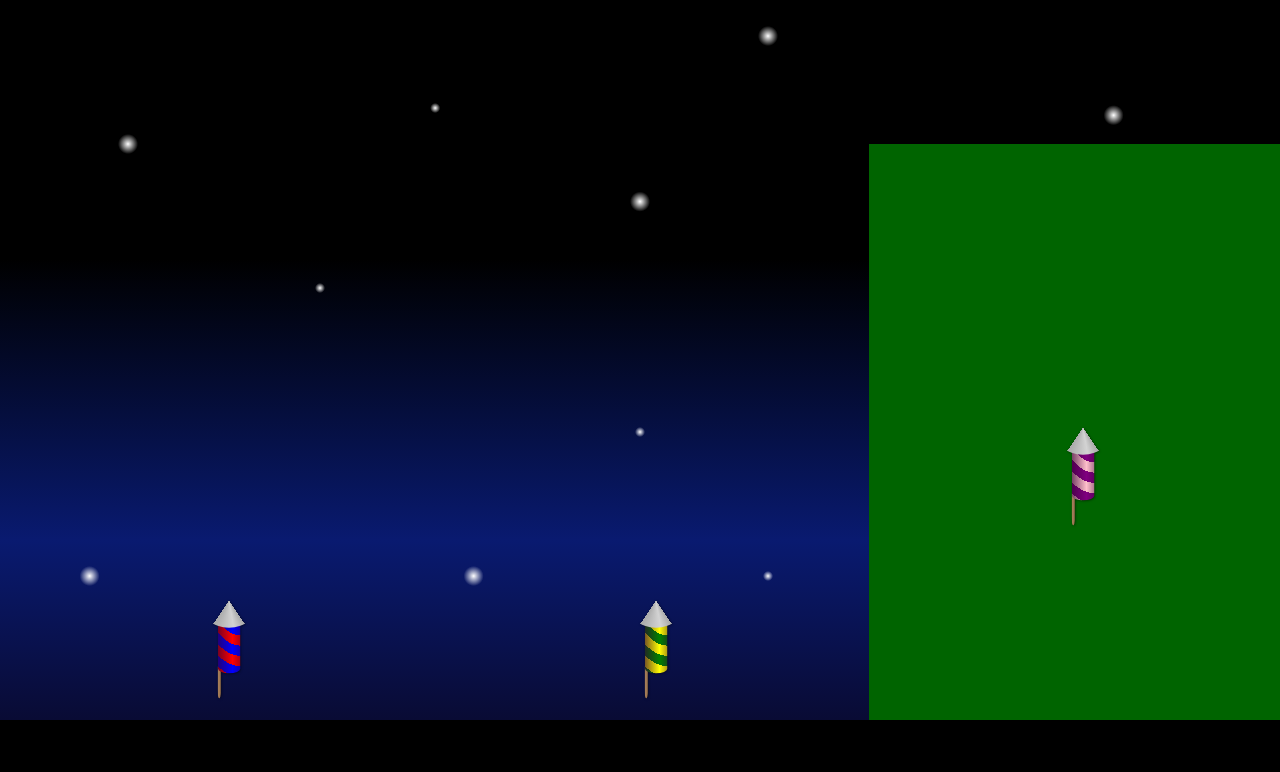
Repository: juliandecloe/CSS-To-The-Rescue---Julian-de-Cloe
Page: index.html
An editor plug-in stored every save of this project. The page is shown before and after the next save, followed by the edit.
The browser window is 1280 px wide. The pictures show the whole page.

Above is the page before, as saved 2022-03-10 17:37:09.

### index.html
<!DOCTYPE html>
<html lang="en">
	<head>
		<meta charset="UTF-8">
		<meta name="viewport" content="width=device-width, initial-scale=1.0">
		<title>The Anticlimax Fireworkshow!</title>
		<link rel="stylesheet" href="style.css">
	</head>
	<body>
		<input id="left" type="checkbox">
		<input id="middle" type="checkbox">
		<input id="right" type="checkbox">
		<main>
			<section>
				<label for="left">
					<figure></figure>
					<figure></figure>
					<figure></figure>
				</label>
				<ul>
					<li>
						<ul>
							<li></li>
							<li></li>
							<li></li>
							<li></li>
							<li></li>
						</ul>
					</li>
					<li>
						<ul>
							<li></li>
							<li></li>
							<li></li>
							<li></li>
							<li></li>
						</ul>
					</li>
					<li>
						<ul>
							<li></li>
							<li></li>
							<li></li>
							<li></li>
							<li></li>
						</ul>
					</li>
					<li>
						<ul>
							<li></li>
							<li></li>
							<li></li>
							<li></li>
							<li></li>
						</ul>
					</li>
					<li>
						<ul>
							<li></li>
							<li></li>
							<li></li>
							<li></li>
							<li></li>
						</ul>
					</li>
					<li>
						<ul>
							<li></li>
							<li></li>
							<li></li>
							<li></li>
							<li></li>
						</ul>
					</li>
					<li>
						<ul>
							<li></li>
							<li></li>
							<li></li>
							<li></li>
							<li></li>
						</ul>
					</li>
					<li>
						<ul>
							<li></li>
							<li></li>
							<li></li>
							<li></li>
							<li></li>
						</ul>
					</li>
					<li>
						<ul>
							<li></li>
							<li></li>
							<li></li>
							<li></li>
							<li></li>
						</ul>
					</li>
					<li>
						<ul>
							<li></li>
							<li></li>
							<li></li>
							<li></li>
							<li></li>
						</ul>
					</li>
					<li>
						<ul>
							<li></li>
							<li></li>
							<li></li>
							<li></li>
							<li></li>
						</ul>
					</li>
					<li>
						<ul>
							<li></li>
							<li></li>
							<li></li>
							<li></li>
							<li></li>
						</ul>
					</li>
				</ul>
			</section>
			<section>
				<label for="middle">
					<figure></figure>
					<figure></figure>
					<figure></figure>
				</label>
				<ul>
					<li>
						<ul>
							<li></li>
							<li></li>
							<li></li>
							<li></li>
							<li></li>
						</ul>
					</li>
					<li>
						<ul>
							<li></li>
							<li></li>
							<li></li>
							<li></li>
							<li></li>
						</ul>
					</li>
					<li>
						<ul>
							<li></li>
							<li></li>
							<li></li>
							<li></li>
							<li></li>
						</ul>
					</li>
					<li>
						<ul>
							<li></li>
							<li></li>
							<li></li>
							<li></li>
							<li></li>
						</ul>
					</li>
					<li>
						<ul>
							<li></li>
							<li></li>
							<li></li>
							<li></li>
							<li></li>
						</ul>
					</li>
					<li>
						<ul>
							<li></li>
							<li></li>
							<li></li>
							<li></li>
							<li></li>
						</ul>
					</li>
					<li>
						<ul>
							<li></li>
							<li></li>
							<li></li>
							<li></li>
							<li></li>
						</ul>
					</li>
					<li>
						<ul>
							<li></li>
							<li></li>
							<li></li>
							<li></li>
							<li></li>
						</ul>
					</li>
					<li>
						<ul>
							<li></li>
							<li></li>
							<li></li>
							<li></li>
							<li></li>
						</ul>
					</li>
					<li>
						<ul>
							<li></li>
							<li></li>
							<li></li>
							<li></li>
							<li></li>
						</ul>
					</li>
					<li>
						<ul>
							<li></li>
							<li></li>
							<li></li>
							<li></li>
							<li></li>
						</ul>
					</li>
					<li>
						<ul>
							<li></li>
							<li></li>
							<li></li>
							<li></li>
							<li></li>
						</ul>
					</li>
				</ul>
			</section>
			<section>
				<label for="right">
					<figure></figure>
					<figure></figure>
					<figure></figure>
				</label>
				<ul>
					<li></li>
					<li></li>
					<li></li>
					<li></li>
					<li></li>
					<li></li>
					<li></li>
				</ul>
			</section>
		</main>
	</body>
</html>

### style.css
/*========== GENERAL ==========*/

:root * {
	--hoekVar: calc(360deg / 12);
	--rotate: rotate(calc( var(--hoekVar) * var(--index) ));
	--hoekVar2: calc(360deg / 5);
	--rotate2: rotate(calc( var(--hoekVar2) * var(--index2) ));
	--star1: 5px;
	--star2: 3px;
}

@property --star1 {
	syntax: '<length>';
	inherits: false;
	initial-value: 0px;
}

@property --star2 {
	syntax: '<length>';
	inherits: false;
	initial-value: 0px;
}

* {
	padding: 0;
	margin: 0;
}

body, html {
	overflow: hidden;
}

html {
	background: linear-gradient(0deg, rgba(9,11,52,1) 0%, rgba(9,26,112,1) 25%, rgba(0,0,0,1) 64%, rgba(0,0,0,1) 100%);
}

@keyframes stars {
	0% {
		--star1: 5px;
	}
	100% {
		--star1: 10px;
	}
}

@keyframes stars2 {
	0% {
		--star2: 3px;
	}
	100% {
		--star2: 6px;
	}
}

body {
	background-position: center;
	background-image:
	radial-gradient(
		circle at
			10%
			20%,
		white,
		transparent var(--star1)
	),
	radial-gradient(
		circle at
			34%
			15%,
		white,
		transparent var(--star2)
	),
	radial-gradient(
		circle at
			50%
			60%,
		white,
		transparent var(--star2)
	),
	radial-gradient(
		circle at
			60%
			80%,
		white,
		transparent var(--star2)
	),
	radial-gradient(
		circle at
			25%
			40%,
		white,
		transparent var(--star2)
	),
	radial-gradient(
		circle at
			7%
			80%,
		white,
		transparent var(--star1)
	),
	radial-gradient(
		circle at
			87%
			16%,
		white,
		transparent var(--star1)
	),
	radial-gradient(
		circle at
			76%
			79%,
		white,
		transparent var(--star2)
	),
	radial-gradient(
		circle at
			90%
			90%,
		white,
		transparent var(--star1)
	),
	radial-gradient(
		circle at
			60%
			5%,
		white,
		transparent var(--star1)
	),
	radial-gradient(
		circle at
			72%
			32%,
		white,
		transparent var(--star2)
	),
	radial-gradient(
		circle at
			50%
			28%,
		white,
		transparent var(--star1)
	),
	radial-gradient(
		circle at
			37%
			80%,
		white,
		transparent var(--star1)
	),
	radial-gradient(
		circle at
			82%
			54%,
		white,
		transparent var(--star2)
	);
	animation:
	stars 1s linear alternate infinite,
	stars2 1.5s linear alternate infinite;
}

@media (prefers-reduced-motion) {
	body {
		animation-name: dissolve;
	}
}

main {
	display: flex;
	justify-content: center;
	align-items: end;
	width: 100vw;
	height: 100vh;
	padding-left: 1rem;
}

@media (max-width: 630px) {
	main {
		transform: scale(.5) translateY(50vh);
	}
}

section {
	display: grid;
	place-items: center;
	transition: 1s ease-out;
	width: 50vw;
}

@media (max-width: 630px) {
	section {
		width: 80vw;
	}
}

input {
	display: none;
}

/*========== FIRE ROCKET ==========*/

/*===== GENERAL =====*/

label {
	transform: scale(.3) translateY(50vh);
	z-index: 5;
	height: 350px;
	width: 120px;
	filter: drop-shadow(2px 2px 4px rgb(0,0,0,0.5));
	transition: 1s;
	cursor: pointer;
	animation: 1s
}

@media (max-width: 630px) {
	label {
		transform: scale(.5);
	}
}

section label > figure:first-child {
	border-radius: 50%;
	position: absolute;
	left: calc(50% - 55px);
	width: 110px;
	height: 130px;
	z-index: 3;
	clip-path: ellipse(90% 70% at center top);
	background-image:
		conic-gradient(
		at center top,
		transparent 146deg,
		darkgray 146deg,
		lightgray 170deg,
		darkgray 214deg,
		transparent 214deg
	);
}

section label figure:nth-child(2) {
	position: absolute;
	top: 83px;
	left: calc(50% - 37.5px);
	width: 75px;
	height: 160px;
	z-index: 2;
	background-size: 100% 100%, 600% 600%;
	background-position:left top, 40% -30%;
	border-radius: 0 0 50% 50% / 0 0 1em 1em;
}

section label > figure:nth-child(3) {
	position: absolute;
	background: #BA8C63;
	top: 220px;
	left: calc(50% - 37.5px);
	width: 10px;
	height: 110px;
	z-index: 1;
	box-shadow: inset -2px 0 8px rgb(0,0,0,0.5);
	clip-path: ellipse(10px 95px at 50% 10%);
}


/*===== COLOR ARROWS =====*/

section:first-child label figure:nth-child(2) {
	background-image:
		linear-gradient(
			to right,
			#303a 0%,
			transparent 65%,
			#3036 100%
		),
		repeating-radial-gradient(
			red 0 1em,
			blue 1em 2em
	);
}

section:nth-child(2) label figure:nth-child(2) {
	background-image:
		linear-gradient(
			to right,
			#303a 0%,
			transparent 65%,
			#3036 100%
		),
		repeating-radial-gradient(
			green 0 1em,
			yellow 1em 2em
		);
}

section:last-child label figure:nth-child(2) {
	background-image:
		linear-gradient(
			to right,
			#303a 0%,
			transparent 65%,
			#3036 100%
		),
		repeating-radial-gradient(
			pink 0 1em,
			purple 1em 2em
		);
}


/*========== FIRE WORK ==========*/

/*===== LAYER 1 =====*/

section > ul {
	list-style-type: none;
	position: absolute;
	width: 1rem;
	height: 1rem;
	display: grid;
	place-items: center;
	/* background-color: #ff4; */
}

section > ul > li {
	position: absolute;
	top: 50%;
	width: 40%;
	height: 1200%;
	transform-origin: center top;
	transform: var(--rotate);
	transition: .3s ease-out;
	transition-delay: 1s;
	display: flex;
	/* background-color: #f004; */
}

section:nth-child(2) > ul > li {
	position: absolute;
	top: 50%;
	width: 40%;
	height: 1200%;
	transform-origin: center top;
	transform: var(--rotate);
	transition: .3s ease-out;
	transition-delay: 1s;
	display: flex;
	/* background-color: #f004; */
}

section > ul > li::after {
	content: "";
	display: block;
	width: 100%;
	height: 50%;
	transition: .2s ease-out;
	transform-origin: center top;
	transform: scaleY(0);
	position: absolute;
}

/* Color */

section:first-child > ul > li::after {
	background-color: blue;
}

section:nth-child(2) > ul > li::after {
	background-color: green;
}

section:last-child > ul li::after {
	background-color: pink;
}


/*===== LAYER 2 =====*/

section > ul > li ul {
	list-style-type: none;
	position: relative;
	width: .5em;
	aspect-ratio: 1/1;
	align-self: end;
	display: grid;
	place-items: center;
	/* background-color: #f088; */
}

section:first-child > ul > li li {
	position: absolute;
	top: 50%;
	width: 25%;
	aspect-ratio: 1/8;
	background-color: #f00;
	transform-origin: center top;
	transform: var(--rotate2) scaleY(0);
	transition: .3s ease-out;
	transition-delay: 1.8s;
}

section:nth-child(2) > ul > li li {
	position: absolute;
	width: 30%;
	height: 1200%;
	background-color: yellow;
	transform-origin: center;
	transform: var(--rotate2) scaleY(1);
	transition: .5s ease-out;
	transition-delay: 1.5s;
	visibility: hidden;
}


/*========== INTERACTION ==========*/

/*===== GENERAL =====*/

section > ul > li:nth-of-type(1) { --index:1; }
section > ul > li:nth-of-type(2) { --index:2; }
section > ul > li:nth-of-type(3) { --index:3; }
section > ul > li:nth-of-type(4) { --index:4; }
section > ul > li:nth-of-type(5) { --index:5; }
section > ul > li:nth-of-type(6) { --index:6; }
section > ul > li:nth-of-type(7) { --index:7; }
section > ul > li:nth-of-type(8) { --index:8; }
section > ul > li:nth-of-type(9) { --index:9; }
section > ul > li:nth-of-type(10) { --index:10; }
section > ul > li:nth-of-type(11) { --index:11; }
section > ul > li:nth-of-type(12) { --index:12; }

ul > li li:nth-of-type(1) { --index2:1; }
ul > li li:nth-of-type(2) { --index2:2; }
ul > li li:nth-of-type(3) { --index2:3; }
ul > li li:nth-of-type(4) { --index2:4; }
ul > li li:nth-of-type(5) { --index2:5; }

/* Rocket */

input:first-child[type="checkbox"]:checked ~ main section:first-child, input:nth-child(2)[type="checkbox"]:checked ~ main section:nth-child(2) {
	transform: translateY(-50vh);
}

@media (max-width: 630px) {
	input:first-child[type="checkbox"]:checked ~ main section:first-child, input:nth-child(2)[type="checkbox"]:checked ~ main section:nth-child(2) {
		transform: translateY(-90vh);
	}
}

input:first-child[type="checkbox"]:checked ~ main section:first-child label, input:nth-child(2)[type="checkbox"]:checked ~ main section:nth-child(2) label {
	transform: scale(.5, .3);
	animation: explode 1s 1s ease-in forwards;
}

/* Explode 1 */

input:first-child[type="checkbox"]:checked ~ main section:first-child > ul > li, input:nth-child(2)[type="checkbox"]:checked ~ main section:nth-child(2) > ul > li {
	transform: var(--rotate) translateY(2em);
}

input:first-child[type="checkbox"]:checked ~ main section:first-child > ul > li::after, input:nth-child(2)[type="checkbox"]:checked ~ main section:nth-child(2) > ul > li::after {
	animation: after .3s 1s ease-out forwards;
}


/*===== ARROW 1 =====*/

input:first-child[type="checkbox"]:checked ~ main section:first-child > ul > li li {
	animation: lili .3s 1.5s ease-out forwards;
}

/*===== ARROW 2 =====*/

input:nth-child(2)[type="checkbox"]:checked ~ main section:nth-child(2) > ul > li li {
	visibility: visible;
	transform: var(--turn) scaleY(6) translateY(2em);
	opacity: 0;
}

/*===== ARROW 3 =====*/

input:nth-child(3)[type="checkbox"]:checked ~ main section:last-child {
	transform: translateY(-50vh);
}

input:nth-child(3)[type="checkbox"]:checked ~ main article label {
	animation: huge .8s 1s ease-out forwards;
}

/*========== ANIMATIONS ==========*/

@keyframes huge {
	0% {
		transform: scaleY(0);
	}
	99% {
		transform: translateY(200%) scaleY(0);
		opacity: 0;
	}
	100% {
		transform: translateY(0) scaleY(0);
		opacity: 1;
	}
}

@keyframes explode {
	0% {
		visibility: hidden;
	}
	99% {
		visibility: hidden;
	}
	100% {
		transform: translateY(65vh) scale(.3);
		visibility: visible;
	}
}

@keyframes after {
	0% {
		transform: scaleY(0);
	}
	33% {
		transform: scaleY(1) ;
	}
	67% {
		transform: translateY(100%) scaleY(1) ;
	}
	99% {
		transform: translateY(200%) scaleY(0) ;
	}
	100% {
		transform: translateY(0) scaleY(0) ;
	}
}

@keyframes lili {
	0% {
		transform: var(--rotate2) translateY(0) scaleY(0);
	}
	50% {
		transform: var(--rotate2) translateY(0) scaleY(3);
	}
	99% {
		transform: var(--rotate2) translateY(400%) scaleY(0);
	}
	100% {
		transform: var(--rotate2) translateY(0) scaleY(0);
	}
}



/*========== CLOUDS ==========*/

section:last-child li:nth-of-type(1) { --index3:1; }
section:last-child li:nth-of-type(2) { --index3:2; }
section:last-child li:nth-of-type(3) { --index3:3; }
section:last-child li:nth-of-type(4) { --index3:4; }
section:last-child li:nth-of-type(5) { --index3:5; }
section:last-child li:nth-of-type(6) { --index3:6; }
section:last-child li:nth-of-type(7) { --index3:7; }

section:last-child {
	top: 10vh;
	background-color: darkgreen;
	width: 50vw;
	height: 80vh;
}

section:last-child ul {
	position: relative;
	list-style-type: none;
	width: .5rem;
	aspect-ratio: 1/1;
	display: grid;
	place-items: center;
	border-radius: 50%;
	transform: scale(.5, .3);
}

section:last-child li {
	--hoekVar3: calc(360deg / 7);
	--rotate3: rotate(calc( var(--hoekVar3) * var(--index3) ));
	position: absolute;
	top: 50%;
	border-radius: 50%;
	background-color: white !important;
	width: 5rem;
	height: 5rem;
	/* border: 1px solid black; */
	transform-origin: center top;
	transform: var(--rotate3);
	opacity: 0;
}

input:first-child[type="checkbox"]:checked ~ main section:last-child li {
	animation: after .3s 1s ease-out forwards;
}

After the next save:
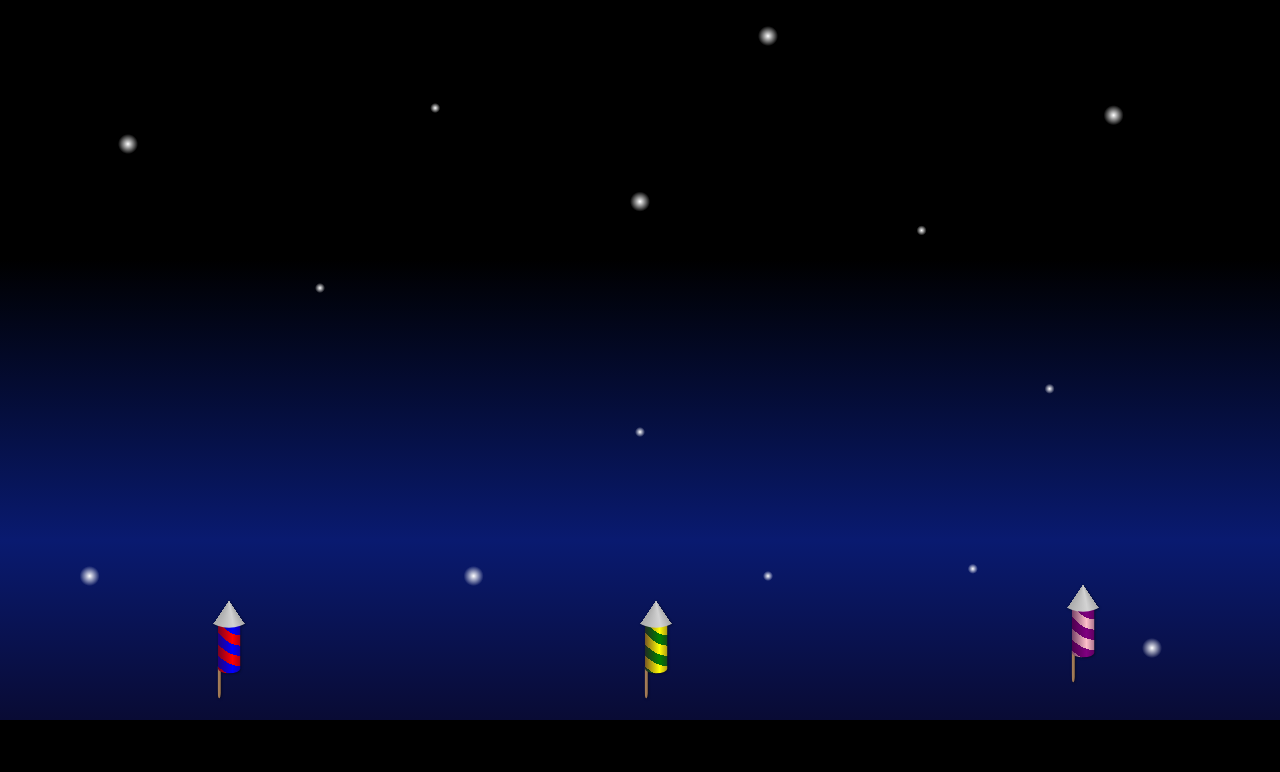
Saved 14 s later.
--- a/style.css
+++ b/style.css
@@ -559,13 +559,6 @@ section:last-child li:nth-of-type(5) { --index3:5; }
 section:last-child li:nth-of-type(6) { --index3:6; }
 section:last-child li:nth-of-type(7) { --index3:7; }
 
-section:last-child {
-	top: 10vh;
-	background-color: darkgreen;
-	width: 50vw;
-	height: 80vh;
-}
-
 section:last-child ul {
 	position: relative;
 	list-style-type: none;
